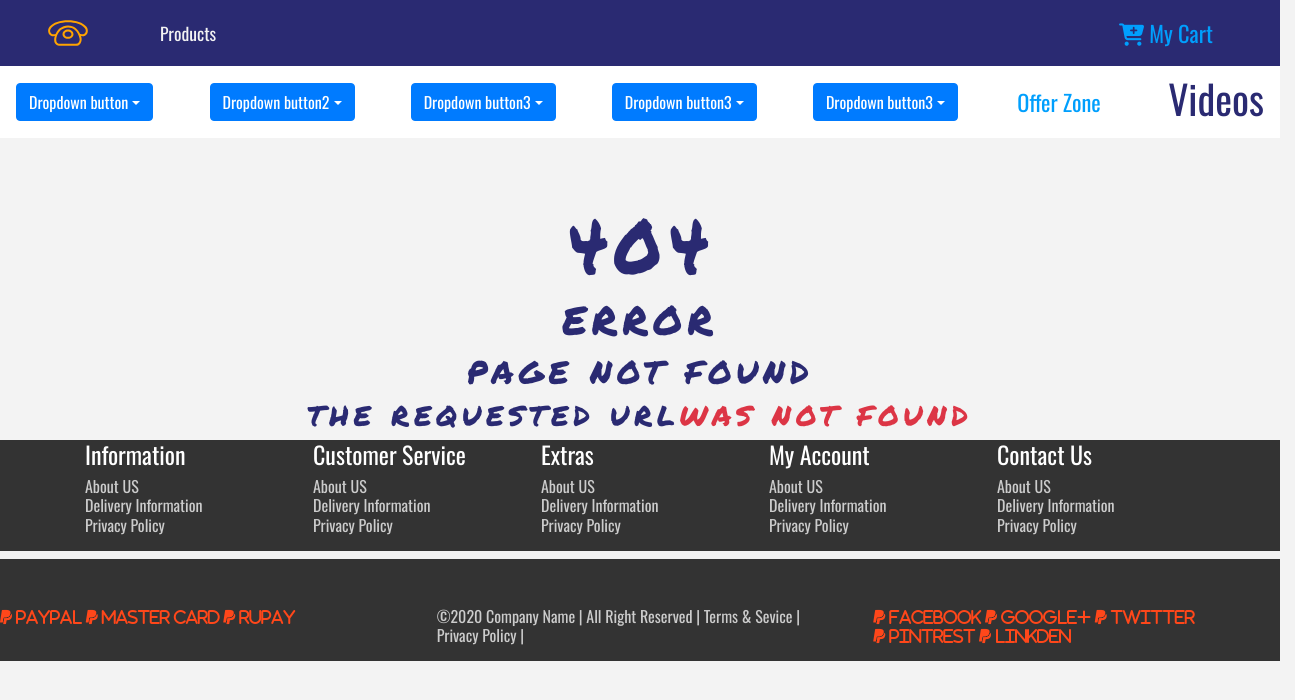
Repository: aditya1068/Online-Store
Page: /videos
An editor plug-in stored every save of this project. The page is shown before and after the next save, followed by the edit.
The browser window is 1280 px wide. The page is 1295 px wide, so the pictures cover 1295 px, including what lies to the right of the window. The pictures show the whole page.
Some web libraries are served in a nearby version. The project was rebuilt for these pictures with package versions that can differ from the ones it lists, and the page was loaded fresh each time. Also part of the build but not shown: src/components/Products.js, src/components/Title.js, src/components/ProductsList.js, src/components/Details.js, src/components/Cart.js, src/components/Slider.js.

Above is the page before, as saved 2020-04-14 19:37:11.

### public/index.html
<!DOCTYPE html>
<html lang="en">
  <head>
    <meta charset="utf-8" />
    <link rel="icon" href="%PUBLIC_URL%/favicon.ico" />
    <meta name="viewport" content="width=device-width, initial-scale=1" />
    <meta name="theme-color" content="#000000" />
    <meta
      name="description"
      content="Web site created using create-react-app"
    />
    <link rel="apple-touch-icon" href="%PUBLIC_URL%/logo192.png" />
    <!--
      manifest.json provides metadata used when your web app is installed on a
      user's mobile device or desktop. See https://developers.google.com/web/fundamentals/web-app-manifest/
    -->
    <link rel="manifest" href="%PUBLIC_URL%/manifest.json" />
    <!--
      Notice the use of %PUBLIC_URL% in the tags above.
      It will be replaced with the URL of the `public` folder during the build.
      Only files inside the `public` folder can be referenced from the HTML.

      Unlike "/favicon.ico" or "favicon.ico", "%PUBLIC_URL%/favicon.ico" will
      work correctly both with client-side routing and a non-root public URL.
      Learn how to configure a non-root public URL by running `npm run build`.
    -->
    <!--Google Fonts-->
    <link href="https://fonts.googleapis.com/css?family=Oswald|Permanent+Marker&display=swap" rel="stylesheet">

    <!--Font Awesome-->
    <script src="https://kit.fontawesome.com/7ff98d2d13.js" crossorigin="anonymous"></script>
    <title>Store</title>
  </head>
  <body>
    <noscript>You need to enable JavaScript to run this app.</noscript>
    <div id="root"></div>
    <!--
      This HTML file is a template.
      If you open it directly in the browser, you will see an empty page.

      You can add webfonts, meta tags, or analytics to this file.
      The build step will place the bundled scripts into the <body> tag.

      To begin the development, run `npm start` or `yarn start`.
      To create a production bundle, use `npm run build` or `yarn build`.
    -->
  </body>
</html>

### src/index.js
import React from 'react';
import ReactDOM from 'react-dom';
import './index.css';
import 'bootstrap';
//import 'bootstrap/dist/css/bootstrap.css';
//import 'bootstrap/dist/js/bootstrap.js';
import App from './App';
import { BrowserRouter as Router } from 'react-router-dom';
import {ProductProvider } from './context';
import * as serviceWorker from './serviceWorker';

ReactDOM.render(
    <ProductProvider>

    <Router>
    <App/>
    </Router>

    </ProductProvider>,



 document.getElementById('root'));

// If you want your app to work offline and load faster, you can change
// unregister() to register() below. Note this comes with some pitfalls.
// Learn more about service workers: https://bit.ly/CRA-PWA
serviceWorker.unregister();

### src/App.js
import React, { Component } from "react";
import {Route,Switch} from 'react-router-dom';
import { BrowserRouter as  Router} from 'react-router-dom';
import './App.css';
import "bootstrap/dist/css/bootstrap.min.css";
import Navbar from "./components/Navbar";
import Navbar1 from "./components/Navbar1";
import ProductsList from "./components/ProductsList";
import Details from "./components/Details";
import Cart from "./components/Cart";
import Default from "./components/Default";
import Modal from './components/Modal';
import Slider from "./components/Slider";
import Footer from "./components/Footer";
import Footer2 from "./components/Footer2";

class App extends Component {
  render() {
    return(

      <Router>
        <Navbar />

        <Navbar1 />

          <Switch>
            <Route path ="/" exact component ={
              () => (<ProductsList></ProductsList>)
            } />

            <Route path ="/details" exact component ={
              () => (<Details></Details>)
             } />

            <Route path ="/cart" exact component ={
              () => (<Cart></Cart>)
            } />

              <Route  component ={
              () => (<Default></Default>)
            } />

              </Switch>

            <Modal />
            <Footer /> <Footer2 />

  </Router>

    );
  }
}

export default App;

### src/context.js
import React, { Component } from 'react';
import { storeProducts, detailProduct } from './data';

const ProductContext = React.createContext();
// Provider
// Consumer

class ProductProvider extends Component {
   state = {
     products: [],
     detailProduct: detailProduct,
     cart: [],
     modalOpen: false,
     modalProduct: detailProduct,
     cartSubTotal: 0,
     cartTax: 0,
     CartTotal: 0,
   };

   componentDidMount() {
     this.setProducts();
   }

   setProducts = () => {
     let tempProducts = [];
     storeProducts.forEach(item => {
       const singleItem = { ...item };
       tempProducts = [...tempProducts, singleItem];
     });
     this.setState(() => {
       return { products: tempProducts };
     });
   };

    getItem = (id) => {
      const product = this.state.products.find(item => item.id === id);
      return product;
    };

   handleDetail =(id) => {
     const product = this.getItem(id);
     this.setState(() => {
       return { detailProduct:product };
     });
   };

 addToCart =(id) => {
   let tempProducts = [...this.state.products];
   const index = tempProducts.indexOf(this.getItem(id));
   const product = tempProducts[index];
   product.inCart = true;
   product.count = 1;
   const  price  = product.price;
   product.total = price;
   this.setState(() => {
     return { products: tempProducts, cart: [...this.state.cart, product] };
   },
   () => {
     this.addTotals();
   });
 };

    openModal = id => {
      const product = this.getItem(id);
      this.setState(() => {
        return { modalProduct: product, modalOpen: true };
      });
    }

closeModal = () => {
  this.setState(() => {
    return { modalOpen: false };
  });
};

increment = (id) => {
  let tempCart = [...this.state.cart];
  const selectedProduct = tempCart.find(item=>item.id === id);

  const index = tempCart.indexOf(selectedProduct);
  const product = tempCart[index];

  product.count += 1;
  product.total = product.count * product.price;

  this.setState(() => {
    return { cart: [...tempCart] };
  },
  () => {
    this.addTotals();
  });
}

decrement = (id) => {
  let tempCart = [...this.state.cart];
  const selectedProduct = tempCart.find(item => item.id === id);

  const index = tempCart.indexOf(selectedProduct);
  const product = tempCart[index];
  product.count = product.count - 1;
  if (product.count === 0) {
    this.removeItem(id);
  } else {
    product.total = product.count * product.price;
    this.setState(() => {
      return { cart: [...tempCart] };
    },
    () => { this.addTotals(); });
  }
};

removeItem = (id) => {
  const tempProducts = [...this.state.products];
  let tempCart = [...this.state.cart];

  tempCart = tempCart.filter(item => item.id !== id);
  const index = tempProducts.indexOf(this.getItem(id));
  const removedProduct = tempProducts[index];
  removedProduct.inCart = false;
  removedProduct.Count = 0;
  removedProduct.total = 0;
  this.setState(() => {
    return {
      cart: [...tempCart],
      products: [...tempProducts],
    };
  });
}

clearCart =() => {
  this.setState(() => {
    return { cart: [] };
  }, () => {
    this.setProducts();
    this.addTotals();
  });
};

addTotals =() => {
  let subTotal = 0;
  this.state.cart.map(item => (subTotal += item.total));
  const tempTax = subTotal * .18;
  const tax = parseFloat(tempTax.toFixed(1));
  const total = subTotal + tax;
  this.setState(() => {
    return {
      cartSubTotal: subTotal,
      cartTax: tax,
      CartTotal: total,
    };
  });
};

render() {
  return (
    <ProductContext.Provider value={{
      ...this.state,
      handleDetail: this.handleDetail,
      addToCart: this.addToCart,
      openModal: this.openModal,
      closeModal: this.closeModal,
      increment: this.increment,
      decrement: this.decrement,
      removeItem: this.removeItem,
      clearCart: this.clearCart,
    }}
    >
      {this.props.children}
    </ProductContext.Provider>
  );
}
}


const ProductConsumer = ProductContext.Consumer;

export { ProductProvider, ProductConsumer };

### src/App.css
:root{
  --mainBlue: #2a2a72;
  --lightBlue: #009ffd;
  --mainWhite: #f3f3f3;
  --mainDark: #232528;
  --mainYellow: #ffa400;
}
body{
    font-family: 'Oswald', sans-serif !important;
    background: var(--mainWhite)!important;
    color: var(--mainBlue)!important ;
}
.text-title{
font-family: 'Permanent Marker', cursive;
letter-spacing: 0.3rem;
text-transform: uppercase;
}
.text-blue{
  color: var(--mainBlue);
}
.text-bright{
  color: var(--lightBlue);
}
.btn-black{
  background: transparent;
  text-transform: capitalize;
  font-size: 0.6rem !important;
  color: var(--mainDark);
  border-radius: 0 !important;
  border: 0.1rem solid var(--mainDark) !important;
}

.btn-black:hover{
  background: var(--mainDark) !important;
  color: var(--mainWhite) !important;
}

.cart-icon{
  cursor: pointer;
  font-size: 1.2rem;
  color: var(--mainYellow);
}

### src/components/Navbar.js
import React, { Component } from 'react';
import {Link} from 'react-router-dom';
import logo from "../logo.svg";
import styled from "styled-components";
import {ButtonContainer} from  './button';
export default class Navbar extends Component{
    render(){
        return(

           <NavWrapper className="navbar navbar-expand-sm navbar-dark  px-sm-5">
               { /*
                https://www.iconfinder.com/icons/1243689/call_phone_icon
                Creative Commons (Attribution 3.0 Unported);
               https://www.iconfinder.com/Makoto_msk */}
    <Link to ='/' >
     <img src={logo} alt = "store" className="navbar-brand" />
    </Link>
    <ul className= "navbar-nav align-items-center">
        <li className="nav-item ml-5">
        <Link to= "/" className= "nav-link">
            products
            </Link>
            </li>
        </ul>
        <Link to= '/Cart' className="ml-auto">

        <ButtonContainer>
            <span className ="mr-2">
                <i className="fas fa-cart-plus"></i>  my cart
                </span> </ButtonContainer>
        </Link>
            </NavWrapper>
        );
    }
}

const NavWrapper =styled.nav`
background: var(--mainBlue);
.nav-link{
    color:var(--mainWhite)!important;
    font-size: 1.1rem;
    text-transform: capitalize;
}
`;

### src/components/Navbar1.js
import React, { Component } from 'react'
import Dropdown from 'react-bootstrap/Dropdown';
import { BrowserRouter as  Router} from 'react-router-dom';
import Route from 'react-router-dom/Route';
import {Link} from 'react-router-dom';
import styled from "styled-components";
import DropdownButton from 'react-bootstrap/DropdownButton';
import {ButtonContainer} from './button';
import Videos from './Videos';
export default class Navbar1 extends Component {

  render() {
    return (

      <Dropdown className="navbar navbar-dark bg-white mb-3 margin-left -38px;
      display: none">
      <DropdownButton id="dropdown-item-button" title="Dropdown button">


  </DropdownButton>

     <DropdownButton id="dropdown-item-button" title="Dropdown button2">



   </DropdownButton>

     <DropdownButton id="dropdown-item-button" title="Dropdown button3">
     <Dropdown.Item as="button">Action3</Dropdown.Item>
     <Dropdown.Item as="button">Another action2</Dropdown.Item>
     <Dropdown.Item as="button">Something else2</Dropdown.Item>
     <Dropdown.Item as="button">Action3</Dropdown.Item>


   </DropdownButton>

   <DropdownButton id="dropdown-item-button" title="Dropdown button3">
     <Dropdown.Item as="button">Action3</Dropdown.Item>
     <Dropdown.Item as="button">Another action2</Dropdown.Item>
     <Dropdown.Item as="button">Something else2</Dropdown.Item>
   </DropdownButton>

   <DropdownButton id="dropdown-item-button" title="Dropdown button3">
     <Dropdown.Item as="button">Action3</Dropdown.Item>
     <Dropdown.Item as="button">Another action2</Dropdown.Item>
     <Dropdown.Item as="button">Something else2</Dropdown.Item>
   </DropdownButton>


   <ButtonContainer to= "/" className= "nav-link"> Offer Zone </ButtonContainer>
   <Router>

   <Route path ="/cart" exact component ={
              () => (<Videos></Videos>)
            } />
   </Router>
   <Videos />
   </Dropdown>

    );
  }
}

### src/components/Default.js
import React, { Component } from 'react'

export default class Default extends Component {
  render() {
    console.log(this.props);
    return (
   <div className= "container">
    <div className= "row">
    <div className="col-10 mx-auto text-center text-title text-uppercase pt-5">
      <h1 className="display-3"> 404</h1>
      <h1>error</h1>
      <h2>page not found</h2>
      <h3>The requested url
        <span className="text-danger">
         was not found </span>
           </h3>
    </div>
     </div>
   </div>
    );
  }
}

### src/components/Modal.js
import React, { Component } from 'react'
import styled from 'styled-components';
import {ProductConsumer} from '../context';
import {ButtonContainer } from './button';
import {Link} from "react-router-dom";


export default class  extends Component {
    render() {
        return (
            <ProductConsumer>
                {(value) => {
                    const {modalOpen,closeModal} = value;
                    const {img,title,price} = value.modalProduct;

                    if(!modalOpen){
                        return null;
                    }

                    else{
                return (
                <ModalContainer>
    <div className="container">
    <div className="row">
      <div id="modal" className= "col-8 mx-auto col-md-6 col-lg-4 text-center text-capitalize">
    <h5>item added to the cart</h5>
    <img src={img} className="img-fluid" alt="product" />
    <h5>{title}</h5>
    <h5 className= "text-muted">price : $ {price} </h5>
    <Link to ='/'>
        <ButtonContainer onClick={()=>closeModal()}>
            continue Shopping
        </ButtonContainer>
    </Link>
    <Link to ='/cart'>
        <ButtonContainer cart onClick={()=>closeModal()}>
            go to Cart
        </ButtonContainer>
    </Link>
    </div>
    </div> </div>
                        </ModalContainer>
                        );

                }
            }}
            </ProductConsumer>
        );
    }
}

const ModalContainer = styled.div`
position:fixed;
top: 0;
left: 0;
right: 0;
bottom: 0;
background: rgba(0,0,0,0.3);
display: flex;
align-items: center;
justufy-content: center;
#modal{
    background: var(--mainWhite);
}
`;

### src/components/Footer.js
import React, { Component } from 'react';


export default class Footer extends Component {
    render() {
      return (
          <div className="main-footer"  >
             <h1 style={{backgroundColor: "#333333"}}>
              <div className= "container">
              <div className= "row">
                  {/* column1 */}
                  <div className= "col">
                  <h4 style={{color: "#ffffff"}}>Information</h4>
                      <ul className="list-unstyled" style={{color: "#cccccc"}} >
                         <h6> <li>About US </li> {"\n"}
                          <li>Delivery Information</li> {"\n"} {"\n"} {"\n"}
                          <li>Privacy Policy</li></h6>
                      </ul>
                  </div>
                  {/* column2 */}
                  <div className= "col">
                      <h4 style={{color: "#ffffff"}}>Customer Service</h4>
                      <ul className="list-unstyled" style={{color: "#cccccc"}}>
                         <h6> <li>About US</li>
                          <li>Delivery Information</li>
                          <li>Privacy Policy</li></h6>
                      </ul>
                  </div>
                  {/* column3 */}
                  <div className= "col">
                      <h4 style={{color: "#ffffff"}}>Extras</h4>
                      <ul className="list-unstyled" style={{color: "#cccccc"}}>
                         <h6> <li>About US</li>
                          <li>Delivery Information</li>
                          <li>Privacy Policy</li></h6>
                      </ul>
                  </div>
                  {/*column 4 */}
                  <div className= "col">
                      <h4 style={{color: "#ffffff"}}>My Account</h4>
                      <ul className="list-unstyled" style={{color: "#cccccc"}}>
                        <h6>  <li>About US</li>
                          <li>Delivery Information</li>
                          <li>Privacy Policy</li></h6>
                      </ul>
                  </div>
                   {/*column 5 */}
                   <div className= "col">
                      <h4 style={{color: "#ffffff"}} >Contact Us</h4>
                      <ul className="list-unstyled" style={{color: "#cccccc"}}>
                        <h6>  <li>About US</li>
                          <li>Delivery Information</li>
                          <li>Privacy Policy</li></h6>
                      </ul>
                  </div>



                  </div>
              </div></h1>
          </div>

      )
      }}

### src/components/Footer2.js
import React, { Component } from 'react';

export default class Footer2 extends Component {
    render() {
      return (
        <div className="second-footer">
            <h1 style={{backgroundColor: "#333333"}}>
              <span className= "container"></span>
              <div className= "row">
                  {/* column1 */}
                  <div className= "col" style={{color: "#ff471a"}}>
                      <ul className="list-unstyled" >
                        <h6> <i className="fab fa-paypal"> Paypal </i> {""}
                          <i className="fab fa-paypal"> Master Card </i> {""}
                          <i className="fab fa-paypal"> Rupay </i> {""}</h6>
                      </ul>
                  </div>
                          {/* column2 */}
                   <div className= "col">

                      <ul className="list-unstyled" style={{color: "#cccccc"}}>
                         <h6>  &copy;{(new Date().getFullYear())} Company Name | All Right Reserved |
                           Terms & Sevice | Privacy Policy |    </h6>
                      </ul>
                  </div>

                        {/*Column 3*/}
                        <div className= "col">
                      <ul className="list-unstyled" style={{color: "#ff471a"}}>
                     <h6><i className="fab fa-paypal"> Facebook </i> {""}
                          <i className="fab fa-paypal"> Google+ </i> {""}
                          <i className="fab fa-paypal"> Twitter </i> {""}
                          <i className="fab fa-paypal"> Pintrest </i> {""}
                          <i className="fab fa-paypal"> Linkden </i> {""}</h6>

                      </ul>
                  </div>

                  </div></h1>
                 </div>



      )
    }
}

### src/components/button.js
import styled from "styled-components"



export const ButtonContainer = styled.button`
text-transform:capitalize;
font-size:1.4rem;
background: transparent;
border: 0.05 rem solid var(--lightBlue);
color: var(--lightBlue);
border-color: ${props => (props.cart? "var(--mainYellow)": "var--(lightBlue)")};
color ${prop => prop.cart ? "var(--mainYellow)": "var--(lightBlue)"};
border-radius: 0.5rem;
padding:0.2rem;
cursor:pointer;
margin:0.2rem 0.5rem 0.2rem 0;
transition:all 0.5s ease-in-out;
&:hover: {
    background:${prop => prop.cart ? "var(--mainYellow)": "var--(lightBlue)"};
    color:var(--mainBlue);
}
&:focus{
    outLine: none;
}
`;

### src/components/Videos.js
import React, { Component } from 'react';
import {Route,Switch} from 'react-router-dom';

export default class Videos extends Component {
    render() {
        return (
            <div>
              <h1>Videos</h1>
            </div>
        )
    }
}

Loaded but not shown: src/index.css (common file); src/serviceWorker.js (common file); src/data.js (99 lines, source omitted)

After the next save:
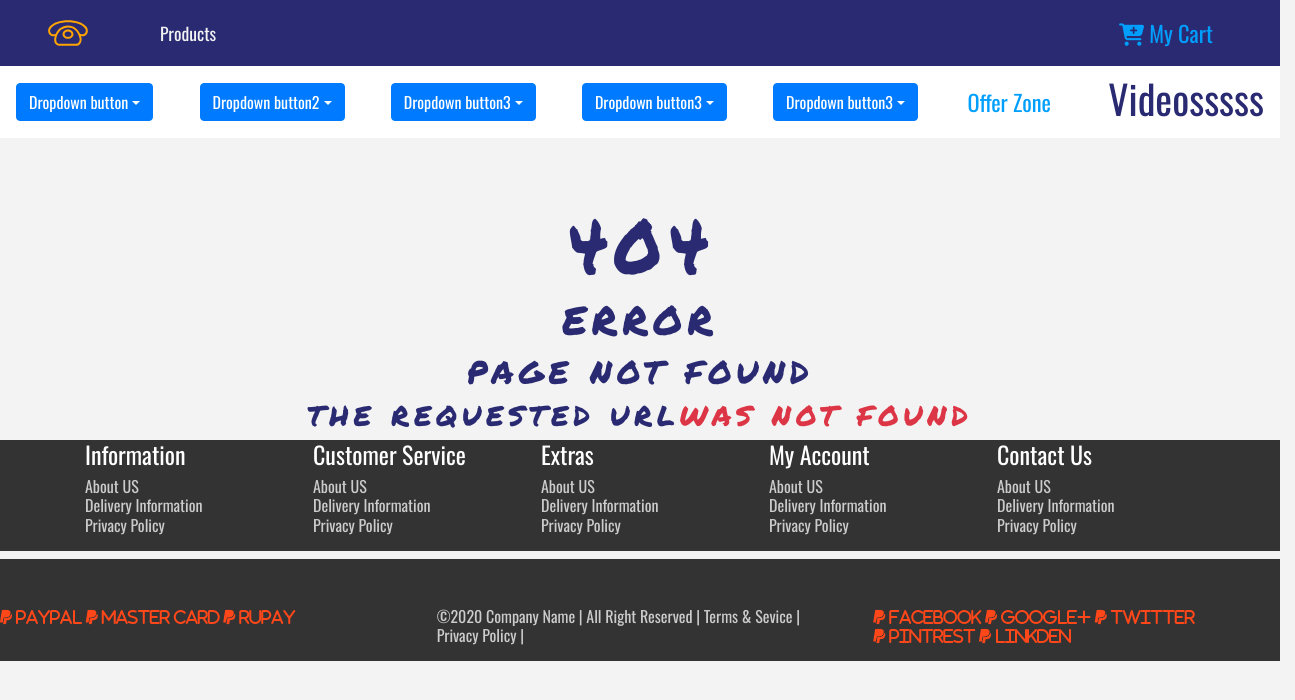
Saved 6 s later.
--- a/src/components/Videos.js
+++ b/src/components/Videos.js
@@ -5,7 +5,7 @@ export default class Videos extends Component {
     render() {
         return (
             <div>
-              <h1>Videos</h1>
+              <h1>Videosssss</h1>
             </div>
         )
     }
